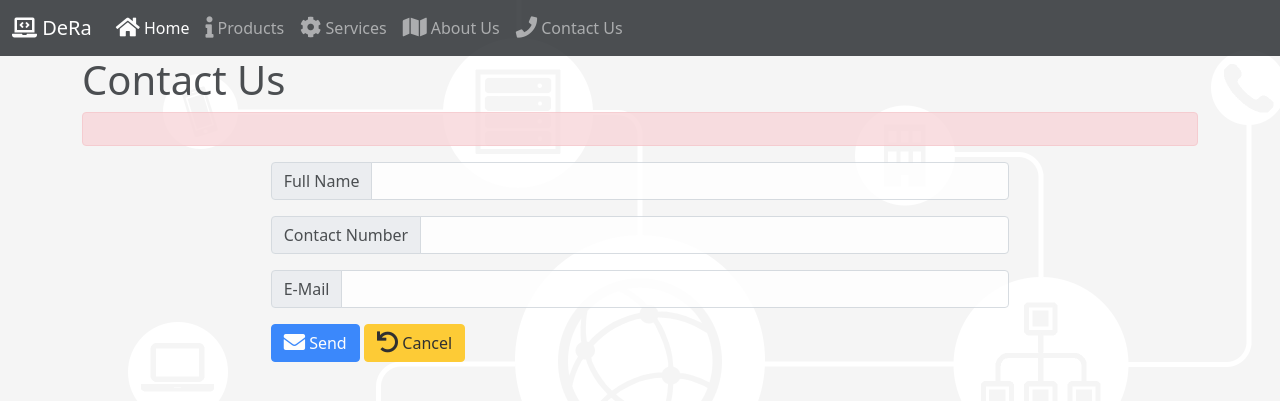
Repository: deividwsantoss/web6201-Lab1
Page: contact.html
The author's editor kept a copy of each file at every save. The page is drawn from the files as they stood at one save, then again after the next save.
The browser window is 1280 px wide. The pictures show the whole page.

Above is the page before, as saved 2021-02-02 19:42:09.
Console error: TypeError: Cannot set properties of null (setting 'textContent')

### contact.html
<!DOCTYPE html>
<html lang="en">
<head>
    <meta charset="UTF-8">
    <meta name="viewport" content="width=device-width, initial-scale=1.0">
    <title>Contact</title>
</head>
<!-- CSS SECTION-->
<link rel="stylesheet" href="./node_modules/bootstrap/dist/css/bootstrap.min.css">
<link rel="stylesheet" href="./node_modules/@fortawesome/fontawesome-free/css/all.min.css">
<link rel="stylesheet" href="./Content/app.css">

<body class="contactimage">
    <!-- Main Header-->
    <header>
        <nav class="navbar navbar-expand-lg navbar-dark bg-dark">
            <div class="container-fluid">
              <a class="navbar-brand" href="Index.html"><i class="fas fa-laptop-code"></i> DeRa</a>
              <button class="navbar-toggler" type="button" data-bs-toggle="collapse" data-bs-target="#navbarSupportedContent" aria-controls="navbarSupportedContent" aria-expanded="false" aria-label="Toggle navigation">
                <span class="navbar-toggler-icon"></span>
              </button>
              <div class="collapse navbar-collapse" id="navbarSupportedContent">
                <ul class="navbar-nav ml-auto mb-2 mb-lg-0">
                  <li class="nav-item">
                    <a class="nav-link active" aria-current="page" href="Index.html"><i class="fas fa-home fa-lg"></i> Home</a>
                  </li>
                  <li class="nav-item">
                    <a class="nav-link" aria-current="page" href="products.html"><i class="fas fa-info fa-lg"></i> Products</a>
                  </li>
                  <li class="nav-item">
                    <a class="nav-link" aria-current="page" href="services.html"><i class="fas fa-cog fa-lg"></i> Services</a>
                  </li>
                  <li class="nav-item">
                    <a class="nav-link" aria-current="page" href="about.html"><i class="fas fa-map fa-lg"></i> About Us</a>
                  </li>
                  <li class="nav-item">
                    <a class="nav-link" aria-current="page" href="contact.html"><i class="fas fa-phone fa-lg"></i> Contact Us</a>
                  </li>

                </ul>

              </div>
            </div>
          </nav>

    </header>


    <!-- Main Content-->
    <main class="container">
      <h1>Contact Us</h1>
      <div id="messageArea" class="alert alert-danger" role="alert"></div>

      </div>


        <div class="row justify-content-lg-center g-3" >
        <form class="col-lg-8 col-md-8 col-sm-10">


          <div class="input-group mb-3">
            <span class="input-group-text" id="inputGroup-sizing-default">Full Name</span>
            <input id="fullName" type="text" class="form-control" aria-label="Full Name" aria-describedby="Full Name Input" name="fullName" required>
          </div>

          <div class="input-group mb-3">
            <span class="input-group-text" id="inputGroup-sizing-default">Contact Number</span>
            <input id="contactNumber" type="tel" class="form-control" aria-label="Full Name" aria-describedby="Full Name Input" name="contactNumber" required>
          </div>

          <div class="input-group mb-3">
            <span class="input-group-text" id="inputGroup-sizing-default">E-Mail</span>
            <input id="emailAddress" type="email" class="form-control" aria-label="E-mail Address" aria-describedby="Email Address Input" name="contactNumber" required>
          </div>

          <button id="sendButton" type="submit" class="btn btn-primary"><i class="fas fa-envelope fa-lg"></i>  Send</button>
          <button id="resetButton" type="reset" class="btn btn-warning"><i class="fas fa-undo fa-lg"></i>  Cancel</button>
        </form>
      </div>
    </main>


    <!--- Script Section-->
    <script src="./node_modules/jquery/dist/jquery.min.js"></script>
    <script src="./node_modules/bootstrap/dist/js/bootstrap.bundle.min.js"></script>
    <script src="./Scripts/app.js"></script>
</body>

</html>

### Content/app.css
/* Custom CSS goes here */
body,html{
    height: 100%;
    margin: 0;
}
.bg{
    background-image: url("Background-White.jpg");
    background-repeat: no-repeat;
    background-size: cover;
    background-position: center;
    opacity: 0.8;
}

.contactimage{
    background-image:url("contactimg.jpg");
    background-repeat: no-repeat;
    background-size: cover;
    background-position: center;
    opacity: 0.8;
}
.productsbg {
    background-image:url("productsbg.jpg");
    background-repeat: no-repeat;
    background-size: cover;
    background-position: center;
    opacity: 0.8;
}

.servicesbackgroud{
    background-image:url("services.jpg");
    background-repeat: no-repeat;
    background-size: cover;
    background-position: center;
    opacity: 0.8;
}
.aboutus{
    background-image:url("bgimage.jpg");
    background-repeat: no-repeat;
    background-size: cover;
    background-position: center;
    opacity: 0.8;
}

### Scripts/app.js
/* Custom JavaScript goes here */


"use strict";

(function(){



    function Start(){
        console.log("App Start...");

        let paragraphOneText = "Welcome to DeRa Development Website for WebD6201";
        let paragraphOneElement = document.getElementById("paragraphOne");

        paragraphOneElement.textContent = paragraphOneText;

    }
    window.addEventListener("load",Start);

})();

Loaded but not shown: node_modules/bootstrap/dist/css/bootstrap.min.css (library); node_modules/@fortawesome/fontawesome-free/css/all.min.css (library); node_modules/jquery/dist/jquery.min.js (library); node_modules/bootstrap/dist/js/bootstrap.bundle.min.js (library)

After the next save:
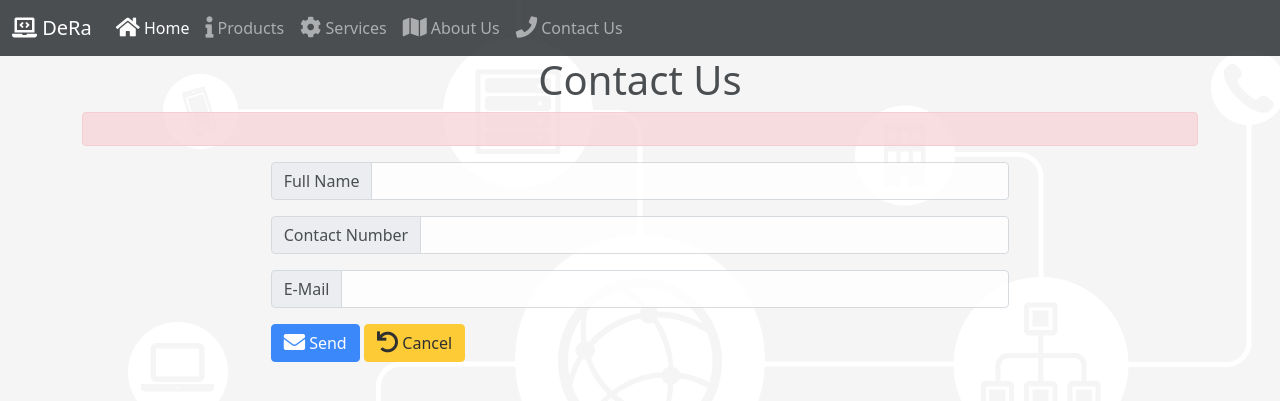
Saved 87 s later.
--- a/contact.html
+++ b/contact.html
@@ -48,7 +48,7 @@
 
     <!-- Main Content-->
     <main class="container">
-      <h1>Contact Us</h1>
+      <h1 class="text-center"> Contact Us</h1>
       <div id="messageArea" class="alert alert-danger" role="alert"></div>
 
       </div>
